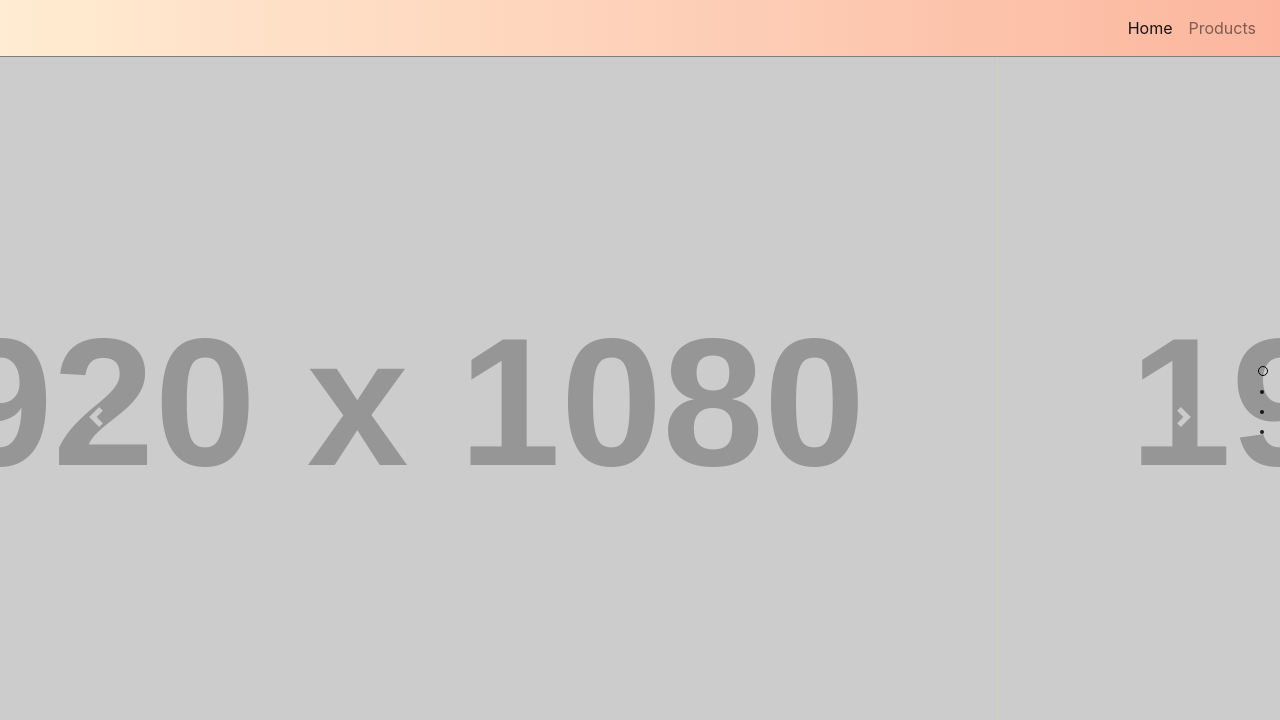
Repository: StevanFilipovic/TemplateForSinglepageWebsite
Page: index.html
These files come from the project's save history. The page is drawn as it stood at one moment and after the next save; the edit follows.
The browser window is 1280 px wide. The pictures show the whole page.
Some web libraries are served in a nearby version.

Above is the page before, as saved 2018-06-18 12:19:26.
Console error: ReferenceError: AOS is not defined

### index.html
<!doctype html>
<html>

<head>
  <meta charset="utf-8">
  <title>One Page Scroll</title>
  <meta name="title" content="jQuery One Page Scroll by Stevan" />
  <meta name="description" content="Opis sajta" />

  <link rel="shortcut icon" id="favicon" href="">
  <link href='http://fonts.googleapis.com/css?family=Open+Sans:300,400,700' rel='stylesheet' type='text/css'>
  <link href='http://fonts.googleapis.com/css?family=Pacifico:400' rel='stylesheet' type='text/css'>
  <script type="text/javascript" src="http://code.jquery.com/jquery-1.9.1.js"></script>
  <script type="text/javascript" src="jquery.onepage-scroll.js"></script>
  <link href='onepage-scroll.css' rel='stylesheet' type='text/css'>
  <link href='main-page.css' rel='stylesheet' type='text/css'>
  <!-- Da bi koristili less potrebno je odkomentarisati donje dve linije i uraditi konverziju css-a i ubaciti u dole navedene fajlove -->
  <!-- <link rel="stylesheet/less" type="text/css" href="onepage-scrool.less" /> -->
  <!-- <link rel="stylesheet/less" type="text/css" href="styles.less" /> -->
  <!-- <script src="less.js" type="text/javascript"></script> -->
  <link rel="stylesheet" href="https://stackpath.bootstrapcdn.com/bootstrap/4.1.1/css/bootstrap.min.css" integrity="sha384-WskhaSGFgHYWDcbwN70/dfYBj47jz9qbsMId/iRN3ewGhXQFZCSftd1LZCfmhktB" crossorigin="anonymous">
  <link href="bootstrap-responsive.css" rel="stylesheet">


  <meta name="viewport" content="initial-scale=1, width=device-width, maximum-scale=1, minimum-scale=1, user-scalable=no">

  <script>
    $(document).ready(function () {
      $(".main").onepage_scroll({
        sectionContainer: "section",
        responsiveFallback: 600,
        loop: false
      });
    });
  </script>
  <script>
  AOS.init({
  duration: 1200,
})</script>
</head>

<body>
  <div class="wrapper">
    <div class="main">
      <section class="page1" data-aos="fade-up">
        <div class="header">
          <nav class="navbar navbar-expand-lg navbar-light">
            <!-- <a class="navbar-brand" href="#">Navbar</a> -->
            <button class="navbar-toggler" type="button" data-toggle="collapse" data-target="#navbarNavDropdown" aria-controls="navbarNavDropdown"
              aria-expanded="false" aria-label="Toggle navigation">
              <span class="navbar-toggler-icon"></span>
            </button>
            <div class="collapse navbar-collapse justify-content-end" id="navbarNavDropdown">
              <ul class="navbar-nav">
                <li class="nav-item active">
                  <a class="nav-link" href="index.html">Home
                    <span class="sr-only">(current)</span>
                  </a>
                </li>
                <li class="nav-item">
                  <a class="nav-link" href="products.html">Products</a>
                </li>
              </ul>
            </div>
          </nav>
        </div>
        <div class="page_container">

          <!-- <h1>Page1 container</h1> -->
          <div id="carouselExampleIndicators" class="carousel slide" data-ride="carousel">
            <ol class="carousel-indicators">
              <li data-target="#carouselExampleIndicators" data-slide-to="0" class="active"></li>
              <li data-target="#carouselExampleIndicators" data-slide-to="1"></li>
              <li data-target="#carouselExampleIndicators" data-slide-to="2"></li>
            </ol>
            <div class="carousel-inner">
              <div class="carousel-item active">
                <img class="d-block w-100" src="http://via.placeholder.com/1920x1080" alt="First slide">
              </div>
              <div class="carousel-item">
                <img class="d-block w-100" src="http://via.placeholder.com/1920x1080" alt="Second slide">
              </div>
              <div class="carousel-item">
                <img class="d-block w-100" src="http://via.placeholder.com/1920x1080" alt="Third slide">
              </div>
            </div>
            <a class="carousel-control-prev" href="#carouselExampleIndicators" role="button" data-slide="prev">
              <span class="carousel-control-prev-icon" aria-hidden="true"></span>
              <span class="sr-only">Previous</span>
            </a>
            <a class="carousel-control-next" href="#carouselExampleIndicators" role="button" data-slide="next">
              <span class="carousel-control-next-icon" aria-hidden="true"></span>
              <span class="sr-only">Next</span>
            </a>
          </div>
        </div>

      </section>

      <section class="page2" data-aos="fade-up">
        <div class="page_container">
          <!-- <h1>Page2 container</h1> -->
          <div class="row advantage-row">
            <div class="col-md-4 col-xs-12">
              <h2>Title 1</h2>
              <img class="d-block w-100" src="http://via.placeholder.com/1920x1080" alt="advantage-image1">
              <p>Lorem ipsum dolor sit amet, tation sententiae cu vis, ne his legere cetero. Maluisset accusamus ea est, elit
                nostro in duo, ea ius amet gloriatur. Qui ut facilis percipit. Nec id mucius perfecto mnesarchum, usu iudico
                platonem dissentias ea. Sit dolores facilisi ne, id ullum scripta vix.</p>
            </div>
            <div class="col-md-4 col-xs-12">
              <h2>Title 2</h2>
              <img class="d-block w-100" src="http://via.placeholder.com/1920x1080" alt="advantage-image2">
              <p>Lorem ipsum dolor sit amet, tation sententiae cu vis, ne his legere cetero. Maluisset accusamus ea est, elit
                nostro in duo, ea ius amet gloriatur. Qui ut facilis percipit. Nec id mucius perfecto mnesarchum, usu iudico
                platonem dissentias ea. Sit dolores facilisi ne, id ullum scripta vix.</p>
            </div>
            <div class="col-md-4 col-xs-12">
              <h2>Title 3</h2>
              <img class="d-block w-100" src="http://via.placeholder.com/1920x1080" alt="advantage-image3">
              <p>Lorem ipsum dolor sit amet, tation sententiae cu vis, ne his legere cetero. Maluisset accusamus ea est, elit
                nostro in duo, ea ius amet gloriatur. Qui ut facilis percipit. Nec id mucius perfecto mnesarchum, usu iudico
                platonem dissentias ea. Sit dolores facilisi ne, id ullum scripta vix.</p>
            </div>
          </div>
          <div class="row about-us">
            <div class="col-md-4 about-us-image">
              <img class="d-block w-100" src="http://via.placeholder.com/800x450" alt="advantage-image1">
            </div>
            <div class="col-md-8 about-us-text">
              <h2>About us</h2>
              <p>Lorem ipsum dolor sit amet, tation sententiae cu vis, ne his legere cetero. Maluisset accusamus ea est, elit
                nostro in duo, ea ius amet gloriatur. Qui ut facilis percipit. Nec id mucius perfecto mnesarchum, usu iudico
                platonem dissentias ea. Sit dolores facilisi ne, id ullum scripta vix. Lorem ipsum dolor sit amet, tation
                sententiae cu vis, ne his legere cetero. Maluisset accusamus ea est, elit nostro in duo, ea ius amet gloriatur.
                Qui ut facilis percipit. Nec id mucius perfecto mnesarchum, usu iudico platonem dissentias ea. Sit dolores
                facilisi ne, id ullum scripta vix. Lorem ipsum dolor sit amet, tation sententiae cu vis, ne his legere cetero.
                Maluisset accusamus ea est, elit nostro in duo, ea ius amet gloriatur. Qui ut facilis percipit. Nec id mucius
                perfecto mnesarchum, usu iudico platonem dissentias ea. Sit dolores facilisi ne, id ullum scripta vix. Lorem
                ipsum dolor sit amet, tation sententiae cu vis, ne his legere cetero. Maluisset accusamus ea est, elit nostro
                in duo, ea ius amet gloriatur. Qui ut facilis percipit. Nec id mucius perfecto mnesarchum, usu iudico platonem
                dissentias ea. Sit dolores facilisi ne, id ullum scripta vix.

              </p>
            </div>
          </div>
        </div>
      </section>

      <section class="page3"data-aos="fade-up">
        <div class="page_container">
          <!-- <h1>Page3 container</h1> -->
          <div class="row ordering-instructions">
            <div class="col-md-2 col-xs-12">
              <div class="ordering">
                <img class="d-block " src="img/list.png" alt="advantage-image1">
              </div>
              <p>Lorem ipsum dolor sit amet.</p>
            </div>
            <div class="col-md-1 col-xs-12"></div>
            <div class="col-md-2 col-xs-12">
              <div class="ordering">
                <img class="d-block " src="img/choose.png" alt="advantage-image1">
              </div>
              <p>Lorem ipsum dolor sit amet.</p>
            </div>
            <div class="col-md-1 col-xs-12"></div>
            <div class="col-md-2 col-xs-12">
              <div class="ordering">
                <img class="d-block " src="img/mail.png" alt="advantage-image1">
              </div>
              <p>Lorem ipsum dolor sit amet.</p>
            </div>
            <div class="col-md-1 col-xs-12"></div>
            <div class="col-md-2 col-xs-12">
              <div class="ordering">
                <img class="d-block " src="img/delivery.png" alt="advantage-image1">
              </div>
              <p>Lorem ipsum dolor sit amet.</p>
            </div>

          </div>

          <div class="row action-products">
            <h2>Na akciji od 01.06.2018 - 01.09.2018</h2>
            <div class="row action-products-wrapper">
              <div class="col-md-3 col-xs-12">
                <img class="d-block w-100" src="http://via.placeholder.com/1920x1080" alt="advantage-image1">
                <h2>Title 1</h2>
                <p>Lorem ipsum dolor sit amet, tation sententiae cu vis, ne his legere cetero. Maluisset accusamus ea est, elit
                  nostro in duo, ea ius amet gloriatur. Qui ut facilis percipit. Nec id mucius perfecto mnesarchum, usu iudico
                  platonem dissentias ea. Sit dolores facilisi ne, id ullum scripta vix.</p>
              </div>
              <div class="col-md-3 col-xs-12">
                <img class="d-block w-100" src="http://via.placeholder.com/1920x1080" alt="advantage-image1">
                <h2>Title 2</h2>
                <p>Lorem ipsum dolor sit amet, tation sententiae cu vis, ne his legere cetero. Maluisset accusamus ea est, elit
                  nostro in duo, ea ius amet gloriatur. Qui ut facilis percipit. Nec id mucius perfecto mnesarchum, usu iudico
                  platonem dissentias ea. Sit dolores facilisi ne, id ullum scripta vix.</p>
              </div>
              <div class="col-md-3 col-xs-12">
                <img class="d-block w-100" src="http://via.placeholder.com/1920x1080" alt="advantage-image1">
                <h2>Title 3</h2>
                <p>Lorem ipsum dolor sit amet, tation sententiae cu vis, ne his legere cetero. Maluisset accusamus ea est, elit
                  nostro in duo, ea ius amet gloriatur. Qui ut facilis percipit. Nec id mucius perfecto mnesarchum, usu iudico
                  platonem dissentias ea. Sit dolores facilisi ne, id ullum scripta vix.</p>
              </div>
              <div class="col-md-3 col-xs-12">
                <img class="d-block w-100" src="http://via.placeholder.com/1920x1080" alt="advantage-image1">
                <h2>Title 4</h2>
                <p>Lorem ipsum dolor sit amet, tation sententiae cu vis, ne his legere cetero. Maluisset accusamus ea est, elit
                  nostro in duo, ea ius amet gloriatur. Qui ut facilis percipit. Nec id mucius perfecto mnesarchum, usu iudico
                  platonem dissentias ea. Sit dolores facilisi ne, id ullum scripta vix.</p>
              </div>
            </div>
          </div>
        </div>

      </section>

      <section class="page4" data-aos="fade-up">
        <div class="page_container">

          <div class="container map-container-wrapper">
            <div style="text-align:center">
              <h2>Contact Us</h2>
              <p>Swing by for a cup of coffee, or leave us a message:</p>
            </div>
            <div class="row">
              <div class="col-md-6">
                <div class="map">
                  <iframe src="https://www.google.com/maps/embed?pb=!1m18!1m12!1m3!1d1417.3534326341946!2d20.428963572555954!3d44.725593785358306!2m3!1f0!2f0!3f0!3m2!1i1024!2i768!4f13.1!3m3!1m2!1s0x475a722581be032b%3A0x89374e484fb6a96f!2z0InRg9Cx0L7QvNC40YDQsCDQmNCy0LrQvtCy0LjRm9CwINCo0YPRhtC1IDIzLCDQkdC10L7Qs9GA0LDQtA!5e0!3m2!1ssr!2srs!4v1528193110712"
                    width="800" height="600" frameborder="0" style="border:0" allowfullscreen></iframe>
                </div>
              </div>
              <div class="col-md-6">
                <form action="/action_page.php">
                  <label for="fname">First Name</label>
                  <input type="text" id="fname" name="firstname" placeholder="Your name..">
                  <label for="lname">Last Name</label>
                  <input type="text" id="lname" name="lastname" placeholder="Your last name..">
                  <label for="subject">Subject</label>
                  <textarea id="subject" name="subject" placeholder="Write something.." style="height:170px"></textarea>
                  <input type="submit" value="Submit">
                </form>
              </div>
            </div>
            <div class="contact-data">
              <h6>Adresa: Ljubomira Ivkovića Šuce br. 23-25 Lokal br. 9, Beograd, Srbija; Radno vreme: 09-13 i 16-20h</h6>
              <h6>Tel-Fax: +381 (0) 11 2382 283; Mob tel: +381 (0) 66 6877 977 </h6>
              <h6>E-Mail: stankovicco@yahoo.com </h6>
            </div>
          </div>


        </div>
      </section>

    </div>


  </div>



  <script src="https://cdnjs.cloudflare.com/ajax/libs/popper.js/1.12.9/umd/popper.min.js" integrity="sha384-ApNbgh9B+Y1QKtv3Rn7W3mgPxhU9K/ScQsAP7hUibX39j7fakFPskvXusvfa0b4Q"
    crossorigin="anonymous"></script>
  <script src="https://maxcdn.bootstrapcdn.com/bootstrap/4.0.0/js/bootstrap.min.js" integrity="sha384-JZR6Spejh4U02d8jOt6vLEHfe/JQGiRRSQQxSfFWpi1MquVdAyjUar5+76PVCmYl"
    crossorigin="anonymous"></script>
    <script src="https://cdn.rawgit.com/michalsnik/aos/2.1.1/dist/aos.js"></script>


</body>

</html>

### onepage-scroll.css
body, html {
  margin: 0;
  overflow: hidden;
  -webkit-transition: opacity 400ms;
  -moz-transition: opacity 400ms;
  transition: opacity 400ms;
}

body, .onepage-wrapper, html {
  display: block;
  position: static;
  padding: 0;
  width: 100%;
  height: 100%;
}

.onepage-wrapper {
  width: 100%;
  height: 100%;
  display: block;
  position: relative;
  padding: 0;
  -webkit-transform-style: preserve-3d;
}

.onepage-wrapper .section {
  width: 100%;
  height: 100%;
}

.onepage-pagination {
  position: absolute;
  right: 10px;
  top: 50%;
  z-index: 5;
  list-style: none;
  margin: 0;
  padding: 0;
}
.onepage-pagination li {
  padding: 0;
  text-align: center;
}
.onepage-pagination li a{
  padding: 10px;
  width: 4px;
  height: 4px;
  display: block;

}
.onepage-pagination li a:before{
  content: '';
  position: absolute;
  width: 4px;
  height: 4px;
  background: rgba(0,0,0,0.85);
  border-radius: 10px;
  -webkit-border-radius: 10px;
  -moz-border-radius: 10px;
}

.onepage-pagination li a.active:before{
  width: 10px;
  height: 10px;
  background: none;
  border: 1px solid black;
  margin-top: -4px;
  left: 8px;
}

.disabled-onepage-scroll, .disabled-onepage-scroll .wrapper {
  overflow: auto;
}

.disabled-onepage-scroll .onepage-wrapper .section {
  position: relative !important;
  top: auto !important;
  left: auto !important;
}
.disabled-onepage-scroll .onepage-wrapper {
  -webkit-transform: none !important;
  -moz-transform: none !important;
  transform: none !important;
  -ms-transform: none !important;
  min-height: 100%;
}


.disabled-onepage-scroll .onepage-pagination {
  display: none;
}

body.disabled-onepage-scroll, .disabled-onepage-scroll .onepage-wrapper, html {
  position: inherit;
}

Loaded but not shown: jquery.onepage-scroll.js (library); bootstrap-responsive.css (library); main-page.css (266 lines, source omitted)

After the next save:
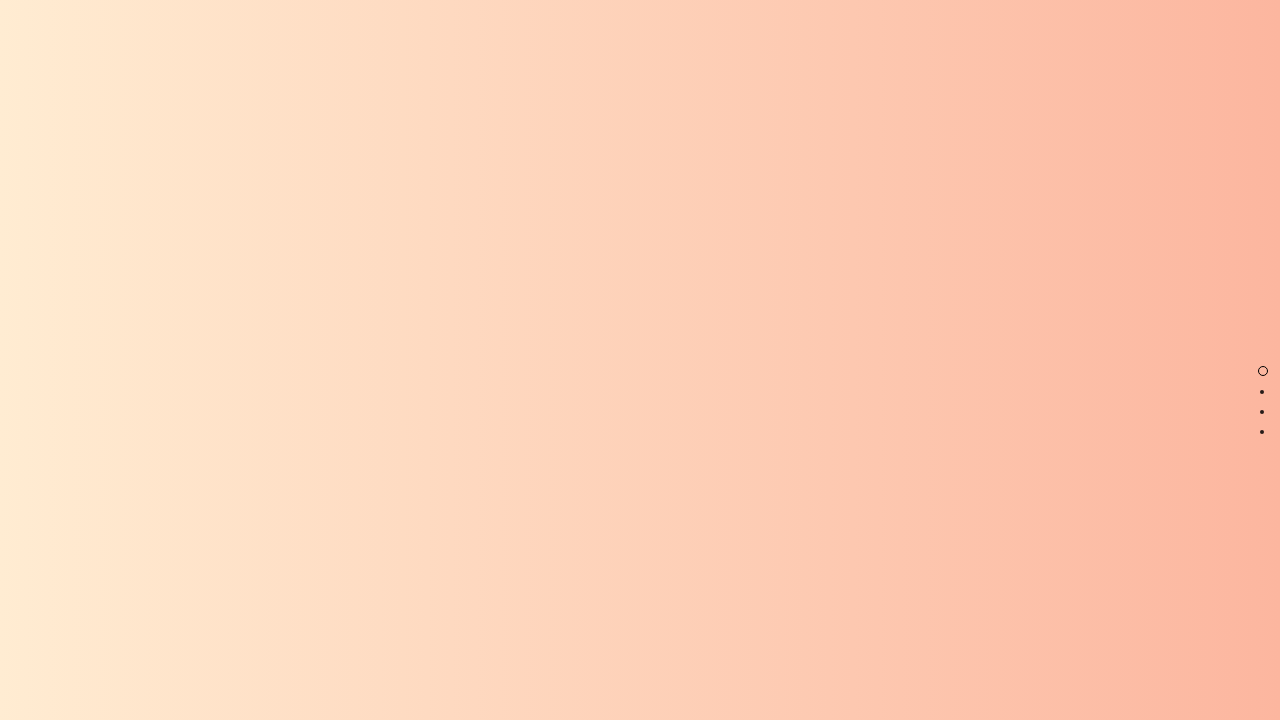
Saved 10 s later.
--- a/index.html
+++ b/index.html
@@ -14,6 +14,7 @@
   <script type="text/javascript" src="jquery.onepage-scroll.js"></script>
   <link href='onepage-scroll.css' rel='stylesheet' type='text/css'>
   <link href='main-page.css' rel='stylesheet' type='text/css'>
+  <link href="https://cdn.rawgit.com/michalsnik/aos/2.1.1/dist/aos.css" rel="stylesheet">
   <!-- Da bi koristili less potrebno je odkomentarisati donje dve linije i uraditi konverziju css-a i ubaciti u dole navedene fajlove -->
   <!-- <link rel="stylesheet/less" type="text/css" href="onepage-scrool.less" /> -->
   <!-- <link rel="stylesheet/less" type="text/css" href="styles.less" /> -->

After the 2 saves that followed:
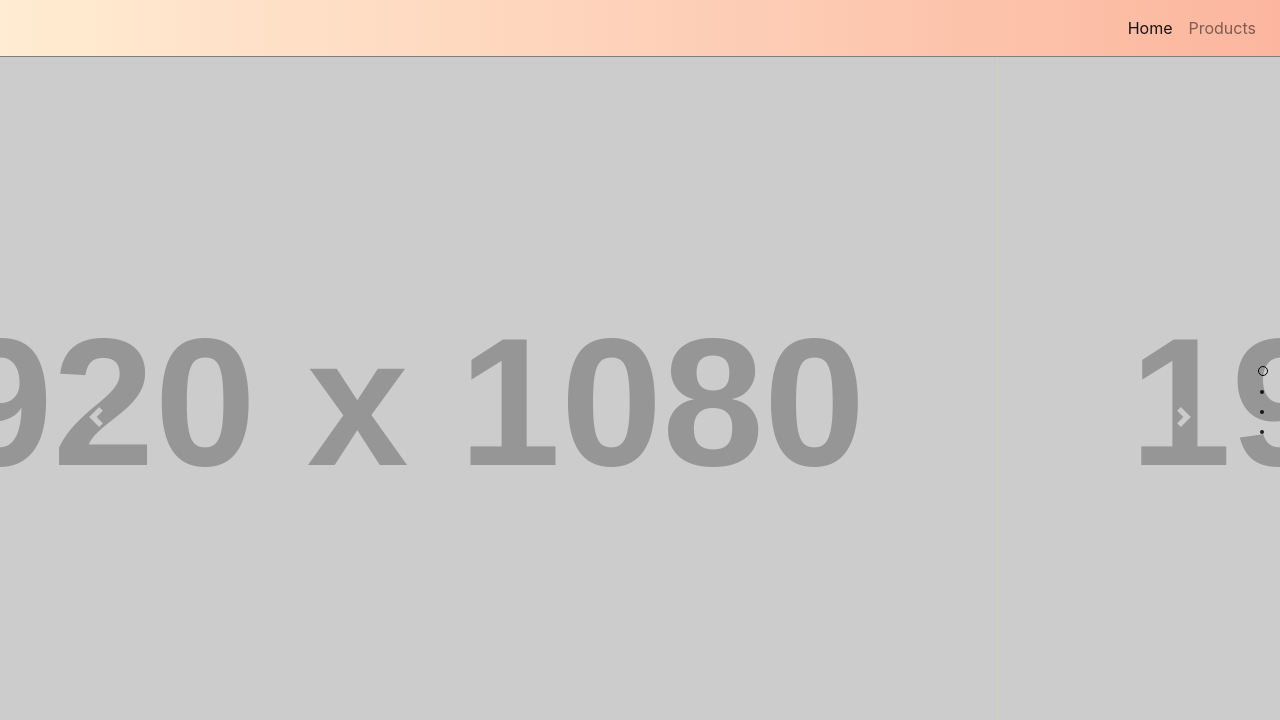
The error is gone.
The 2 saves are shown as one change because 1 left the picture as it was.
The last was saved 2 min 8 s later.
--- a/index.html
+++ b/index.html
@@ -14,7 +14,6 @@
   <script type="text/javascript" src="jquery.onepage-scroll.js"></script>
   <link href='onepage-scroll.css' rel='stylesheet' type='text/css'>
   <link href='main-page.css' rel='stylesheet' type='text/css'>
-  <link href="https://cdn.rawgit.com/michalsnik/aos/2.1.1/dist/aos.css" rel="stylesheet">
   <!-- Da bi koristili less potrebno je odkomentarisati donje dve linije i uraditi konverziju css-a i ubaciti u dole navedene fajlove -->
   <!-- <link rel="stylesheet/less" type="text/css" href="onepage-scrool.less" /> -->
   <!-- <link rel="stylesheet/less" type="text/css" href="styles.less" /> -->
@@ -34,16 +33,12 @@
       });
     });
   </script>
-  <script>
-  AOS.init({
-  duration: 1200,
-})</script>
 </head>
 
 <body>
   <div class="wrapper">
     <div class="main">
-      <section class="page1" data-aos="fade-up">
+      <section class="page1">
         <div class="header">
           <nav class="navbar navbar-expand-lg navbar-light">
             <!-- <a class="navbar-brand" href="#">Navbar</a> -->
@@ -98,7 +93,7 @@
 
       </section>
 
-      <section class="page2" data-aos="fade-up">
+      <section class="page2">
         <div class="page_container">
           <!-- <h1>Page2 container</h1> -->
           <div class="row advantage-row">
@@ -148,7 +143,7 @@
         </div>
       </section>
 
-      <section class="page3"data-aos="fade-up">
+      <section class="page3">
         <div class="page_container">
           <!-- <h1>Page3 container</h1> -->
           <div class="row ordering-instructions">
@@ -219,7 +214,7 @@
 
       </section>
 
-      <section class="page4" data-aos="fade-up">
+      <section class="page4">
         <div class="page_container">
 
           <div class="container map-container-wrapper">
@@ -268,7 +263,6 @@
     crossorigin="anonymous"></script>
   <script src="https://maxcdn.bootstrapcdn.com/bootstrap/4.0.0/js/bootstrap.min.js" integrity="sha384-JZR6Spejh4U02d8jOt6vLEHfe/JQGiRRSQQxSfFWpi1MquVdAyjUar5+76PVCmYl"
     crossorigin="anonymous"></script>
-    <script src="https://cdn.rawgit.com/michalsnik/aos/2.1.1/dist/aos.js"></script>
 
 
 </body>
